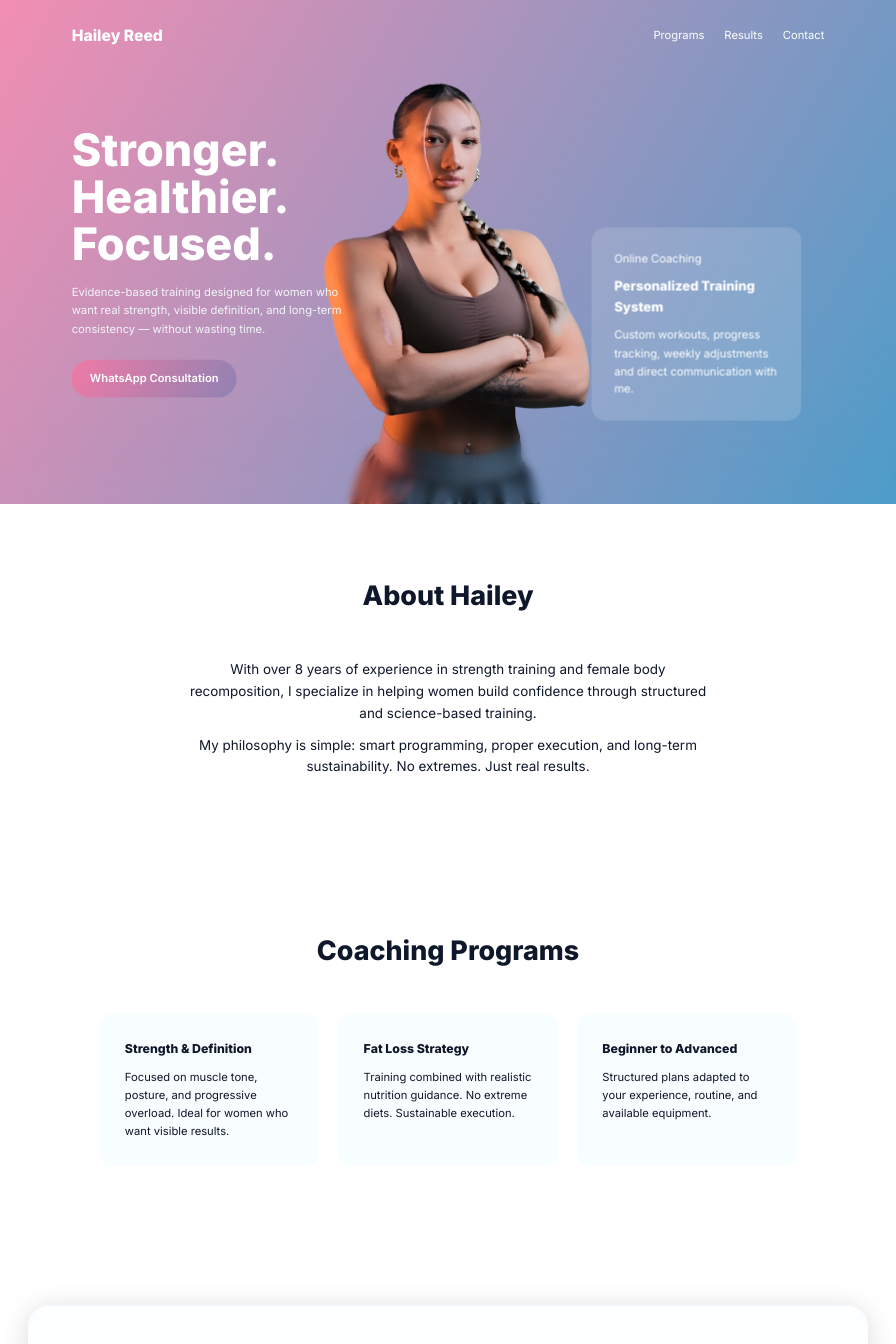
Repository: davidfsillva/Hailey-Reed-Coaching
Page: index.html
The author's editor kept a copy of each file at every save. The page is drawn from the files as they stood at one save, then again after a run of saves.
The browser window is 1280 px wide. The pictures show the part of the page from y = 0 to 1920 px (the page is 5221 px tall), at 70% of full size.

Above is the page before, as saved 2026-02-12 09:36:20.

### index.html
<!DOCTYPE html>
<html lang="en">
<head>
  <meta charset="UTF-8" />
  <meta name="viewport" content="width=device-width, initial-scale=1.0" />
  <title>Personal Trainer | Online Coaching</title>
  <link rel="stylesheet" href="style.css" />
  <link rel="preconnect" href="https://fonts.googleapis.com">
  <link rel="preconnect" href="https://fonts.gstatic.com" crossorigin>
  <link href="https://fonts.googleapis.com/css2?family=Inter:wght@400;600;800&display=swap" rel="stylesheet">
</head>
<body>

<header class="hero">
  <nav class="nav">
    <h1 class="logo">Hailey Reed</h1>
    <div class="nav-links">
      <a href="#programs">Programs</a>
      <a href="#results">Results</a>
      <a href="#contact">Contact</a>
    </div>
  </nav>

  <img class="hero-img" src="img/Photoroom_20260211_45117 PM.png" alt="Trainer" />

  <div class="hero-gradient"></div>

  <div class="hero-content">
    <div class="hero-text">
<h2 class="hero-title">
  Stronger. Healthier. Focused.
</h2>

      <p>
        Evidence-based training designed for women who <br>
        want real strength, visible definition, and long-term <br>
        consistency — without wasting time.
      </p>
      <div class="cta-group">
        <a href="https://wa.me/5599999999999" target="_blank" class="btn primary whatsapp-btn">
          WhatsApp Consultation
        </a>
      </div>
    </div>

    <div class="hero-card">
      <span class="tag">Online Coaching</span>
      <h3>Personalized Training System</h3>
      <p>
        Custom workouts, progress tracking, weekly adjustments
        and direct communication with me.
      </p>
    </div>
  </div>
</header>

<!-- ABOUT SECTION -->
<section class="section">
  <h3>About Hailey</h3>
  <div class="testimonial">
    <p>
      With over 8 years of experience in strength training and female body
      recomposition, I specialize in helping women build confidence through
      structured and science-based training.
    </p>
    <p>
      My philosophy is simple: smart programming, proper execution,
      and long-term sustainability. No extremes. Just real results.
    </p>
  </div>
</section>

<section id="programs" class="section">
  <h3>Coaching Programs</h3>

  <div class="cards">
    <div class="card">
      <h4>Strength & Definition</h4>
      <p>
        Focused on muscle tone, posture, and progressive overload.
        Ideal for women who want visible results.
      </p>
    </div>

    <div class="card">
      <h4>Fat Loss Strategy</h4>
      <p>
        Training combined with realistic nutrition guidance.
        No extreme diets. Sustainable execution.
      </p>
    </div>

    <div class="card">
      <h4>Beginner to Advanced</h4>
      <p>
        Structured plans adapted to your experience, routine,
        and available equipment.
      </p>
    </div>
  </div>
</section>

<!-- HOW IT WORKS -->
<section class="section dark">
  <h3>How It Works</h3>

  <div class="cards">
    <div class="card">
      <h4>1. Initial Consultation</h4>
      <p>
        We discuss your goals, routine, training history,
        and current physical condition.
      </p>
    </div>

    <div class="card">
      <h4>2. Custom Plan Creation</h4>
      <p>
        A personalized workout structure is designed
        specifically for your body and objectives.
      </p>
    </div>

    <div class="card">
      <h4>3. Weekly Adjustments</h4>
      <p>
        Progress tracking and adjustments ensure continuous
        improvement and optimal results.
      </p>
    </div>
  </div>
</section>

<section id="results" class="section dark">
  <h3>Client Feedback</h3>

  <div class="testimonial">
    <p>
      “This coaching completely changed how I train.
      Every session has a clear purpose and I finally feel strong.”
    </p>
    <span>— Samantha M.</span>
  </div>
</section>

<!-- TRANSFORMATION PROCESS -->
<section class="section">
  <h3>The Transformation Process</h3>

  <div class="testimonial">
    <p>
      Sustainable transformation is not about intensity —
      it's about consistency.
    </p>
    <p>
      Through progressive overload, intelligent recovery,
      and realistic nutrition, we create measurable and lasting results.
    </p>
  </div>
</section>

<!-- FAQ -->
<section class="section">
  <h3>Frequently Asked Questions</h3>

  <div class="cards">
    <div class="card">
      <h4>Do I need gym access?</h4>
      <p>
        Not necessarily. Programs can be adapted for home training
        with minimal equipment.
      </p>
    </div>

    <div class="card">
      <h4>Is nutrition included?</h4>
      <p>
        Yes. You receive structured guidance focused on sustainable habits,
        not restrictive diets.
      </p>
    </div>

    <div class="card">
      <h4>How long until I see results?</h4>
      <p>
        Most clients notice strength improvements within weeks
        and visible body changes within 8–12 weeks.
      </p>
    </div>
  </div>
</section>

<section id="contact" class="section">
  <h3>Start Your Training</h3>
  <p class="contact-text">
    If you’re serious about improving your body composition
    and performance, let’s talk.
  </p>

  <div class="cta-group center">
    <a href="https://wa.me/5599999999999" target="_blank" class="btn primary">
      Message on WhatsApp
    </a>
    <a href="https://instagram.com/seuinstagram" target="_blank" class="btn secondary">
      Visit Instagram
    </a>
  </div>
</section>

<!-- FINAL CTA SECTION -->
<section class="section dark">
  <div class="testimonial">
    <h3>Ready to Transform?</h3>
    <p>
      Your strongest, healthiest version starts with a decision.
      Let’s build it together.
    </p>
    <div class="cta-group center">
      <a href="https://wa.me/5599999999999" target="_blank" class="btn primary">
        Apply for Coaching
      </a>
    </div>
  </div>
</section>

<footer class="footer">
  <p>© 2026 Hailey Reed Coaching. All rights reserved.</p>
</footer>

<script src="script.js"></script>
</body>
</html>

### style.css
:root {
  --pink: #f07aa5;
  --blue: #2e8bc0;
  --dark: #0f172a;
  --light: #ffffff;
  --muted: #cbd5e1;
}

/* ================= RESET ================= */
* {
  margin: 0;
  padding: 0;
  box-sizing: border-box;
  font-family: 'Inter', sans-serif;
}

body {
  background: var(--light);
  color: var(--dark);
  line-height: 1.6;
}

/* ================= HERO ================= */
.hero {
  position: relative;
  min-height: 100vh;
  padding: 32px 8%;
  color: white;
  overflow: hidden;
}

/* IMAGEM */
.hero-img {
  position: absolute;
  top: 50%;
  left: 50%;
  transform: translate(-50%, -50%);
  width: 60%;
  max-width: 500px;
  height: auto;
  z-index: 2;
}

/* GRADIENTE */
.hero-gradient {
  position: absolute;
  inset: 0;
  background: linear-gradient(
    120deg,
    rgba(240,122,165,0.85),
    rgba(46,139,192,0.85)
  );
  z-index: 1;
}

/* CONTEÚDO */
.hero-content {
  position: relative;
  z-index: 5;
}

/* TEXTO */
.hero-text {
  display: flex;
  flex-direction: column;
  justify-content: center;
  height: 85vh;
  max-width: 550px;
}

.hero-title {
  font-size: clamp(2.8rem, 5vw, 4.5rem);
  line-height: 1.05;
  margin-bottom: 24px;
}

.hero-text p {
  max-width: 480px;
  font-size: 1rem;
  color: #f1f5f9;
}

/* BLUR INFERIOR */
.hero::after {
  content: "";
  position: absolute;
  bottom: 0;
  left: 0;
  width: 100%;
  height: 120px;
  backdrop-filter: blur(6px);
  -webkit-backdrop-filter: blur(6px);
  mask-image: linear-gradient(to top, black 40%, transparent 100%);
  pointer-events: none;
  z-index: 3;
}

/* ================= BOTÕES ================= */
.cta-group {
  display: flex;
  gap: 16px;
  margin-top: 32px;
  flex-wrap: wrap;
}

.btn {
  padding: 14px 26px;
  border-radius: 999px;
  font-weight: 600;
  text-decoration: none;
  transition: 0.3s ease;
  display: inline-block;
}

.btn.primary {
  background: linear-gradient(120deg, var(--pink), var(--blue));
  color: var(--light);
  background-size: 200% 200%;
  transition: all 0.4s ease;
}

.btn.primary:hover {
  background: linear-gradient(120deg, var(--pink), var(--blue));
  color: white;

  background-position: right center;
  transform: translateY(-4px);
  box-shadow: 0 10px 25px rgba(240,122,165,0.3);
  transition: all 0.4s ease;

}

.btn.secondary {
  background: linear-gradient(120deg, var(--pink), var(--blue));
  color: var(--light);
  transition: all 0.3s ease;
}

.btn.secondary:hover {
  background: linear-gradient(120deg, var(--pink), var(--blue));  color: white;
  transform: translateY(-3px);
  transition: all 0.4s ease;
  box-shadow: 0 10px 25px rgba(240,122,165,0.3);


}


/* ================= HERO CARD ================= */
.hero-card {
  position: absolute;
  top: 42%;
  right: 8%;
  width: 300px;
  background: rgba(255,255,255,0.15);
  backdrop-filter: blur(18px);
  padding: 32px;
  border-radius: 20px;
  z-index: 4;
}

.hero-card {
  position: absolute;
  top: 42%;
  right: 3%;
  width: 300px;
}



.hero-card h3 {
  margin: 12px 0;
}

/* ================= NAVBAR ================= */
.nav {
  position: relative;
  z-index: 10;
  display: flex;
  justify-content: space-between;
  align-items: center;
}

.logo {
  font-weight: 800;
  font-size: 1.4rem;
}

.nav-links a {
  position: relative;
  color: white;
  margin-left: 24px;
  text-decoration: none;
  font-weight: 500;
  padding-bottom: 4px;
}

.nav-links a::after {
  content: "";
  position: absolute;
  left: 0;
  bottom: 0;
  width: 0%;
  height: 2px;
  background: white;
  transition: width 0.3s ease;
}

.nav-links a:hover::after {
  width: 100%;
}

/* ================= SECTIONS ================= */
.section {
  padding: 100px 8%;
  max-width: 1200px;
  margin: auto;
}

.section h3 {
  font-size: 2.4rem;
  margin-bottom: 60px;
  text-align: center;
}

.cards {
  display: grid;
  grid-template-columns: repeat(auto-fit, minmax(260px, 1fr));
  gap: 28px;
}

.card {
  background: rgb(248, 253, 255);
  padding: 36px;
  border-radius: 18px;
  transition: 0.3s ease;
}

.card:hover {
  transform: translateY(-6px);
}

.card h4 {
  margin-bottom: 14px;
  font-size: 1.1rem;
}

/* ================= DARK SECTIONS ================= */
.dark {
  background: rgb(252, 254, 255);
  border-radius: 30px;
  color: var(--dark);
  margin: 100px auto;
  padding: 100px 8%;
  box-shadow: 0 5px 40px rgba(0,0,0,0.15);
}


.dark .card {
  background: rgba(255,255,255,0.06);
  color: var(--dark);
  box-shadow: 0 20px 60px rgba(0,0,0,0.15);
}

.dark .card:hover {
  background: rgba(255,255,255,0.1);
}

/* ================= TESTIMONIAL ================= */
.testimonial {
  max-width: 750px;
  margin: auto;
  text-align: center;
}

.testimonial p {
  font-size: 1.2rem;
  margin-bottom: 16px;
}

.contact-text {
  text-align: center;
  max-width: 520px;
  margin: 0 auto 32px;
}

.center {
  justify-content: center;
}

/* ================= FOOTER ================= */
.footer {
  padding: 32px;
  text-align: center;
  background: linear-gradient(120deg, var(--pink), var(--blue));
  color: var(--muted);
  font-size: 0.85rem;
}

/* ================= RESPONSIVE ================= */
@media (max-width: 1024px) {

  .hero-card {
    position: relative;
    top: unset;
    right: unset;
    margin-top: 40px;
    width: 100%;
    max-width: 400px;
  }

  .hero-text {
    height: auto;
    text-align: center;
    margin-top: 80px;
  }

  .hero-text p {
    margin: auto;
  }

  .hero-img {
    width: 75%;
  }
}

@media (max-width: 768px) {

  .nav {
    flex-direction: column;
    align-items: center;
  }

  .nav-links {
    display: flex;
    gap: 30px;          /* controla o espaçamento */
    margin-top: 10px;   /* afasta do logo */
  }

  .nav-links a {
    margin-left: 0;     /* remove espaçamento antigo */
  }

    .hero-card {
    width: 95%;          /* ocupa menos largura fixa */
    max-width: 660px;    /* limita tamanho */
    margin: 375px auto 0; /* mais baixo */

    padding: 15px;       /* reduz espaço interno */
    border-radius: 16px;
  }

  .hero-card h3 {
    font-size: 1rem;
  }

  .hero-card p {
    font-size: 0.85rem;
    line-height: 1.4;
  }

  .hero-img {
    width: 90%;
    top: 60%;              /* desce um pouco a imagem */
  }

  .hero-title {
    font-size: 1.9rem;
    margin-bottom: 20px;
  }

  .hero-text {
    height: auto;          /* remove os 85vh */
    justify-content: flex-start;
    margin-top: 40px;      /* controla distância do nav */
    text-align: center;
  }

  .hero-text p {
    display: none;
  }

  .section {
    padding: 80px 6%;
  }

  .cta-group {
  position: relative;
  transform: translateY(350px);
  z-index: 6;
  display: flex;
  justify-content: center;
  }

  .btn.primary {
    transform: translateY(120px);
  }

}



@media (max-width: 480px) {

  .hero {
    padding: 24px 6%;
  }

  .btn {
    width: 100%;
    text-align: center;
  }

  .cta-group {
    flex-direction: column;
  }
}

### script.js
// ===============================
// SMOOTH SCROLL
// ===============================
document.querySelectorAll('a[href^="#"]').forEach(anchor => {
  anchor.addEventListener('click', function (e) {
    const target = document.querySelector(this.getAttribute('href'));
    if (!target) return;

    e.preventDefault();
    target.scrollIntoView({ behavior: 'smooth' });
  });
});


// ===============================
// NAVBAR SCROLL EFFECT
// ===============================
const nav = document.querySelector(".nav");

window.addEventListener("scroll", () => {
  if (!nav) return;

  if (window.scrollY > 50) {
    nav.style.background = "rgba(15, 23, 42, 0.85)";
    nav.style.backdropFilter = "blur(10px)";
    nav.style.padding = "16px 8%";
    nav.style.transition = "all 0.3s ease";
  } else {
    nav.style.background = "transparent";
    nav.style.backdropFilter = "none";
    nav.style.padding = "";
  }
});


// ===============================
// SCROLL REVEAL (melhor performance)
// ===============================
const revealElements = document.querySelectorAll(".section, .card, .testimonial");

const revealOnScroll = () => {
  const triggerBottom = window.innerHeight * 0.85;

  revealElements.forEach(el => {
    const elementTop = el.getBoundingClientRect().top;

    if (elementTop < triggerBottom) {
      el.style.opacity = "1";
      el.style.transform = "translateY(0)";
    }
  });
};

// Estado inicial
revealElements.forEach(el => {
  el.style.opacity = "0";
  el.style.transform = "translateY(40px)";
  el.style.transition = "opacity 0.8s ease, transform 0.8s ease";
});

window.addEventListener("scroll", revealOnScroll);
window.addEventListener("load", revealOnScroll);



// ===============================
// HERO IMAGE PARALLAX (DESKTOP ONLY)
// ===============================
const heroImg = document.querySelector(".hero-img");

if (heroImg && window.innerWidth > 768) {
  window.addEventListener("scroll", () => {
    const scrollPosition = window.scrollY;
    heroImg.style.transform =
      `translate(-50%, calc(-50% + ${scrollPosition * 0.12}px))`;
  });
}



// ===============================
// BUTTON FADE-IN ON LOAD
// ===============================
window.addEventListener("load", () => {
  const buttons = document.querySelectorAll(".btn");

  buttons.forEach((btn, index) => {
    btn.style.opacity = "0";
    btn.style.transform = "translateY(20px)";
    btn.style.transition = "opacity 0.6s ease, transform 0.6s ease";

    setTimeout(() => {
      btn.style.opacity = "1";
      btn.style.transform = "translateY(0)";
    }, 300 + index * 150);
  });
});



// ===============================
// CARD HOVER GLOW EFFECT (desktop only)
// ===============================
if (window.innerWidth > 768) {

  const cards = document.querySelectorAll(".card");

  cards.forEach(card => {

    card.addEventListener("mousemove", (e) => {
      const rect = card.getBoundingClientRect();
      const x = e.clientX - rect.left;
      const y = e.clientY - rect.top;

      card.style.background = `
        radial-gradient(circle at ${x}px ${y}px,
        rgba(240,122,165,0.18),
        rgba(255,255,255,0.03))
      `;
    });

    card.addEventListener("mouseleave", () => {
      card.style.background = "";
    });

  });

}

After the next 2 saves:
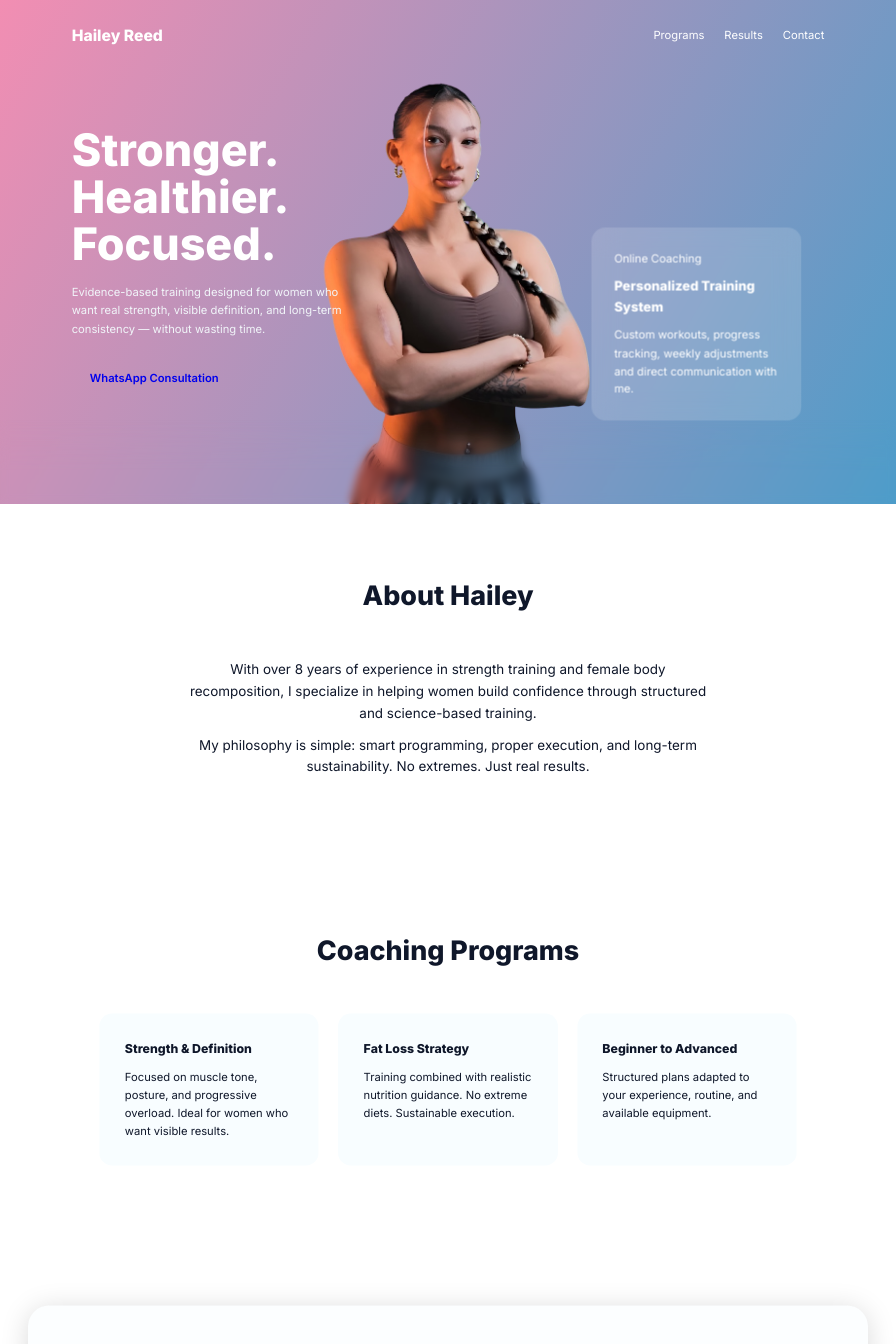
The 2 saves are shown as one change because they came seconds apart.
The last was saved 15 s later.
--- a/style.css
+++ b/style.css
@@ -112,6 +112,8 @@
   display: inline-block;
 }
 
+.btn primary whatsapp-btn
+
 .btn.primary {
   background: linear-gradient(120deg, var(--pink), var(--blue));
   color: var(--light);

After the 3 saves that followed:
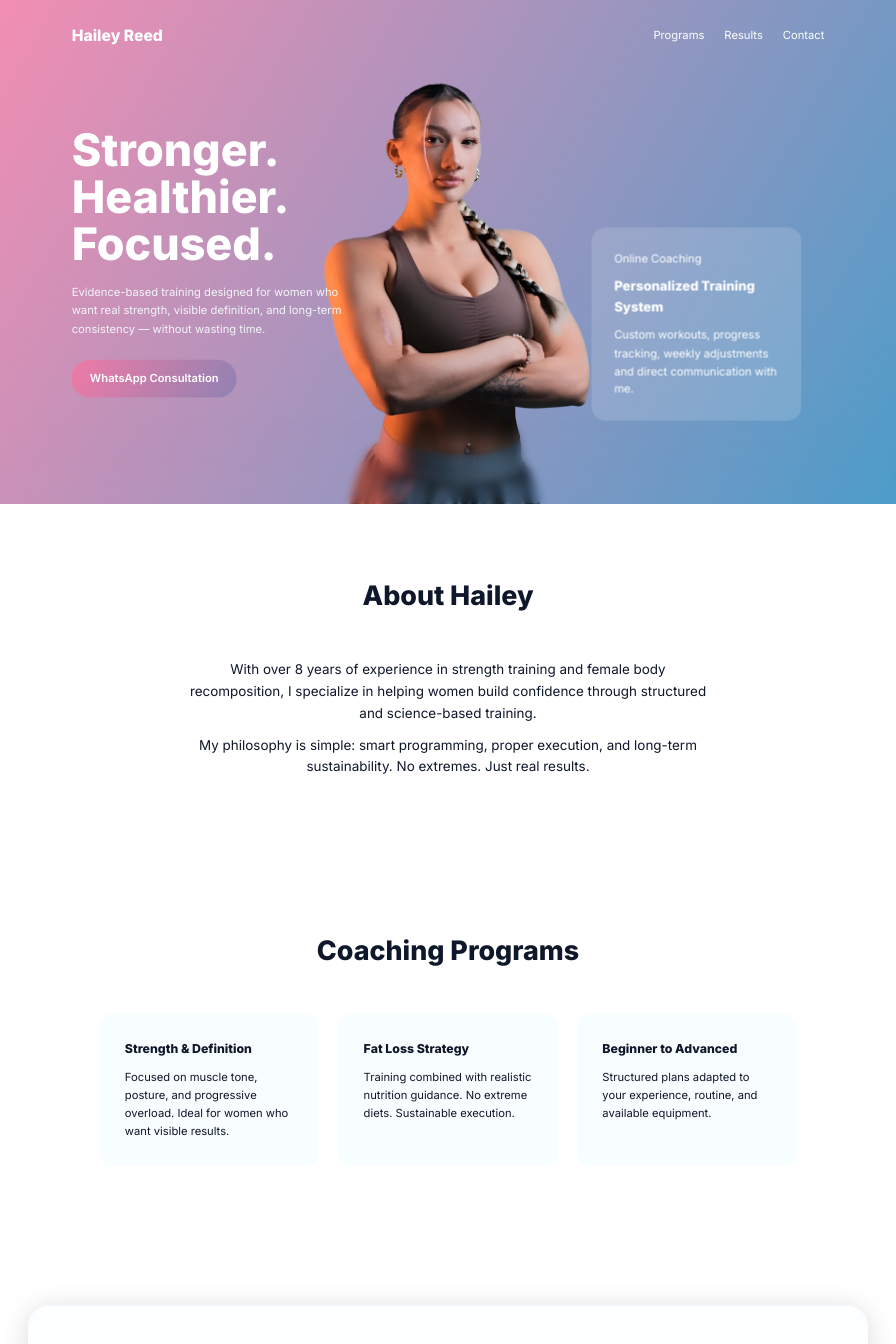
The 3 saves are shown as one change because they came seconds apart.
The last was saved 7 s later.
--- a/style.css
+++ b/style.css
@@ -112,7 +112,9 @@
   display: inline-block;
 }
 
-.btn primary whatsapp-btn
+.btn primary whatsapp-btn {
+
+}
 
 .btn.primary {
   background: linear-gradient(120deg, var(--pink), var(--blue));
